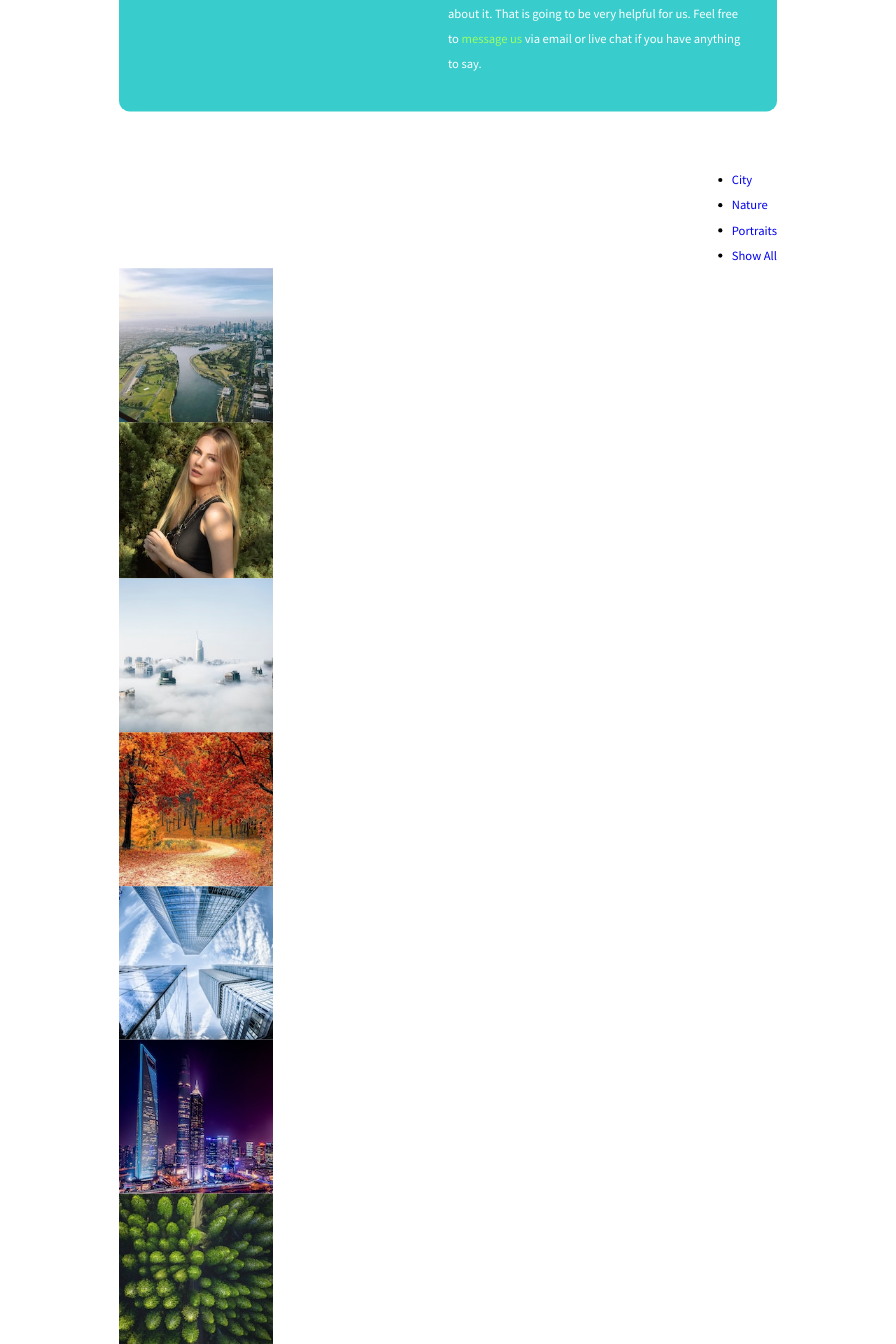
Repository: BuiVanVu102/Tooplate
Page: index.html
An editor plug-in stored every save of this project. The page is shown before and after the next save, followed by the edit.
The browser window is 1280 px wide. The pictures show the part of the page from y = 903 to 2823 px (the page is 4011 px tall before and 3903 px after), at 70% of full size.
Some web libraries are served in a nearby version. The style sheet was rebuilt from its Sass, Less or Tailwind sources for each picture, by a compiler version that may differ from the author's.

Above is the page before, as saved 2021-11-16 11:07:50.

### index.html
<!DOCTYPE html>
<html lang="en">
<head>
	<meta charset="UTF-8">
	<meta http-equiv="X-UA-Compatible" content="IE=edge">
	<meta name="viewport" content="width=device-width, initial-scale=1.0">
	<link rel="preconnect" href="https://fonts.googleapis.com">
	<link rel="preconnect" href="https://fonts.gstatic.com" crossorigin>
	<link href="https://fonts.googleapis.com/css2?family=Source+Sans+Pro:wght@400;700&display=swap" rel="stylesheet">
	<link rel="stylesheet" href="./css/app.css">
	<title>Nano Folio - Live View</title>
</head>
<body>
		<div class="wrapper">
			<main>
				<section class="first">
					<div class="container">
						<div class="first__container">
							<i class="fas fa-heart fa-3x"></i>
							<h1 class="first__name">Nano Folio</h1>
						</div>
					</div>
				</section>
				<section class="about">
					<div class="container">
						<div class="about__container">
							<div class="about__heading">
								<i class="fas fa-users fa-2x"></i>
								<h2 class="about__name">
									About Us
								</h2>
							</div>
							<div class="about__desc">
								<p class="about__typography1">
									Nano Folio is simple HTML template with a minimal very light-weight custom CSS file. Max content width is 940 pixels. You can easily change the width or any part in this template. Gallery comes with a pop-up image and simple categories.
								</p>
								<p class="about__typography2">
									Please support Tooplate website by telling your friends about it. That is going to be very helpful for us. Feel free to <a rel="nofollow" href="https://www.tooplate.com/contact" target="_blank" style="color: #99FF66;">message us</a>  via email or live chat if you have anything to say.
								</p>
							</div>
						</div>
					</div>
				</section>
				<section class="show">
					<div class="container">
						<div class="show__container">
							<div class="show__header">
								<ul class="menu">
									<li class="menu__item"><a href="#!">City</a></li>
									<li class="menu__item"><a href="#!">Nature</a></li>
									<li class="menu__item"><a href="#!">Portraits</a></li>
									<li class="menu__item"><a href="#!">Show All</a></li>
								</ul>
							</div>
							<div class="show__list">
								<div class="show__img">
									<img src="./images/city-1.jpg" alt="">
								</div>
								<div class="show__img">
									<img src="./images/human-1.jpg" alt="">
								</div>
								<div class="show__img">
									<img src="./images/city-2.jpg" alt="">
								</div>
								<div class="show__img">
									<img src="./images/nature-1.jpg" alt="">
								</div>
								<div class="show__img">
									<img src="./images/city-3.jpg" alt="">
								</div>
								<div class="show__img">
									<img src="./images/city-4.jpg" alt="">
								</div>
								<div class="show__img">
									<img src="./images/nature-2.jpg" alt="">
								</div>
								<div class="show__img">
									<img src="./images/nature-3.jpg" alt="">
								</div>
								<div class="show__img">
									<img src="./images/nature-4.jpg" alt="">
								</div>
								<div class="show__img">
									<img src="./images/nature-5.jpg" alt="">
								</div>
								<div class="show__img">
									<img src="./images/nature-6.jpg" alt="">
								</div>
								<div class="show__img">
									<img src="./images/human-2.jpg" alt="">
								</div>

							</div>
						</div>
					</div>
				</section>
				<section class="form">
					<div class="container">
						<div class="form__container">
						</div>
					</div>
				</section>
			</main>
		</div>
		<script src="https://kit.fontawesome.com/33b4a28a88.js" crossorigin="anonymous"></script>
</body>
</html>

### sass/app.scss
@import 'variable';
@import 'reset';
@import 'global';
@import 'first';
@import 'about';
@import 'show';

### sass/_variable.scss
$font: 'Source Sans Pro', sans-serif;
$text-color: #ffff;
$title-color: #38cccc;

### sass/_reset.scss
html {
	box-sizing: border-box;
  }
  * {
	margin: 0;
	padding: 0;
  }
  *,
  *:before,
  *:after {
	box-sizing: border-box;
  }
  input,
  textarea,
  select,
  button {
	outline: none;
  }
  input {
	line-height: normal;
  }
  label,
  button {
	cursor: pointer;
  }
  a {
	text-decoration: none;
  }
  img {
	display: block;
	max-width: 100%;
  }

### sass/_global.scss
body {
	line-height: 2em;
	color: $font;
	font-size: 18px;
	font-family: $font;
	font-weight: 400;
	background-color: white;
	overflow-x: hidden;
}

.wrapper {
	max-width: 100%;
	margin: 0 auto;
}
.container {
	width: 100%;
	max-width: 970px;
	margin: 0 auto;
	padding: 0px 15px;
}

### sass/_first.scss
.first {
	margin-top: 60px;
	&__container{
		display: flex;
		flex-direction: column;
		justify-content: center;
		align-items: center;
		border-radius: 15px;
		max-width: 940px;
		height: 470px;
		background-color: #f96699;
		color: white;
		margin-bottom: 50px;

	}
	&__name {
		margin: 22px 0;
	}
}
.fa-hear:before {
	content: "\f004";
}

### sass/_about.scss
.about {
	margin-top: 0px;
	&__container {
		display: flex;
		justify-content: center;
		align-items: center;

		padding: 50px 50px;
		margin-bottom: 80px;

		height: 482px;
		max-width: 940px;
		background-color: #38cccc;
		color: white;

		border-radius: 15px;
	}
	&__heading {
		display: flex;
		flex-direction: column;
		align-items: center;
		justify-content: center;

		min-width: 420px;
	}
	&__name {
		margin:  22px 0;
		font-size: 1.5em;
		font-weight: bold;
	}
	&__decs {
		display: flex;
		flex-direction: column;
		justify-content: center;
		align-items: center;
	}
	&__typography1 {
		display: block;
		margin: 18px 0 40px;
		font: 18px;
	}
	&__typography2 {
		display: block;
		margin: 18px 0 0;
		font: 18px;
	}
}
.fa-user:before {
	content: "\f0c0";
}

### sass/_show.scss
.show {
	margin-bottom: 80px;
	&__container {
		display: block;
	}
	&__header {
		display: flex;
		justify-content: flex-end;
		align-items: center;

	}
}

menu {
	list-style: none;
	display: flex;
	align-items: center;
}

After the next save:
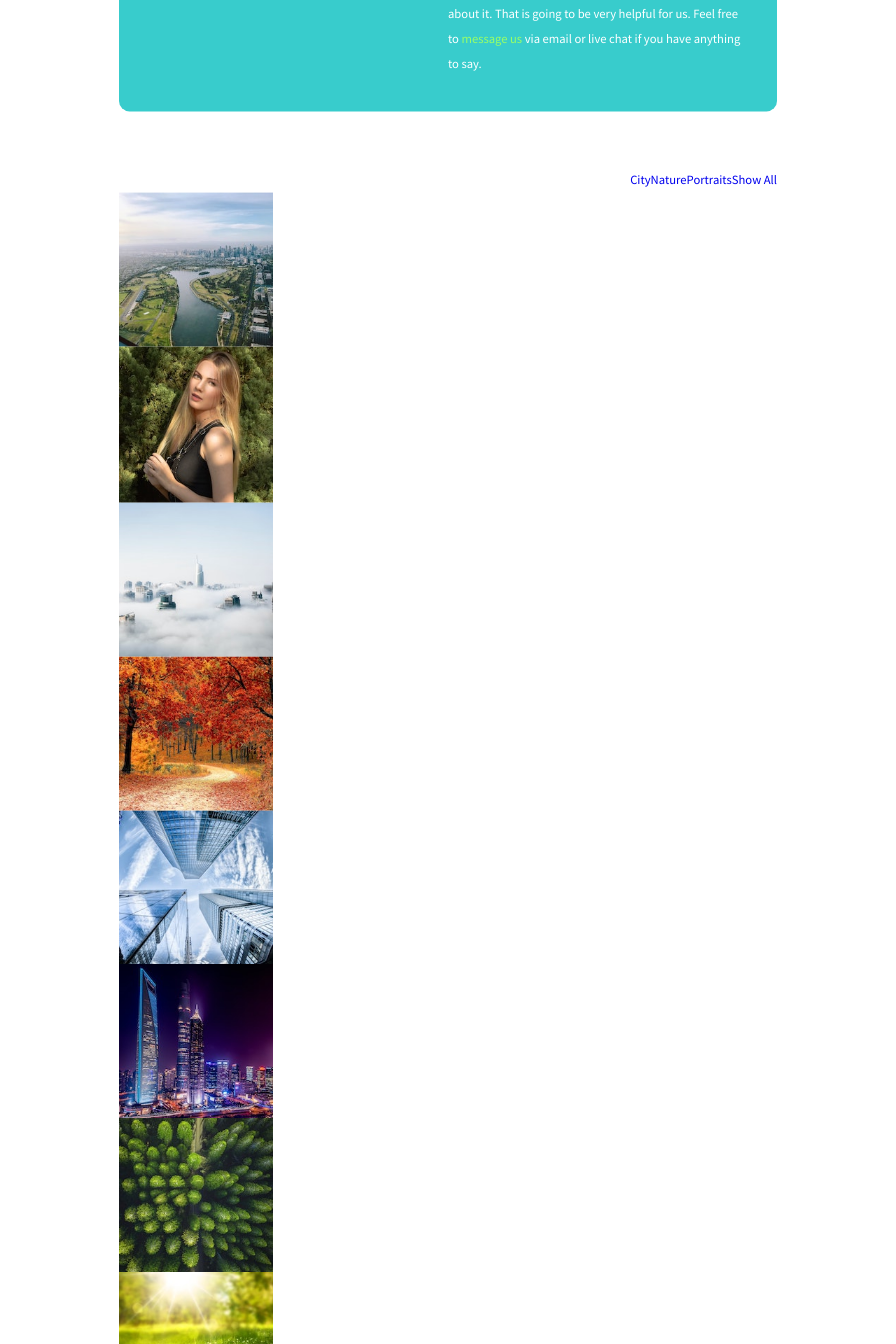
Saved 12 s later.
--- a/sass/_show.scss
+++ b/sass/_show.scss
@@ -11,7 +11,7 @@
 	}
 }
 
-menu {
+.menu {
 	list-style: none;
 	display: flex;
 	align-items: center;
